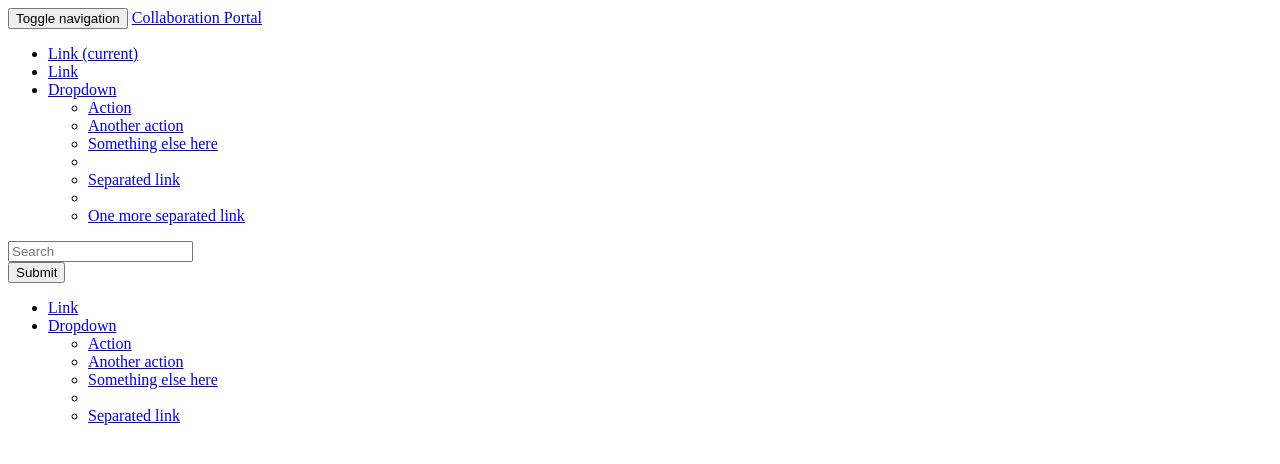
Repository: KaustubhKamat/CollaborationPlatform
Page: CollaborationFrontEnd/WebContent/NavBar.html
The author's editor kept a copy of each file at every save. The page is drawn from the files as they stood at one save, then again after the next save.
The browser window is 1280 px wide. The pictures show the whole page.

Above is the page before, as saved 2017-03-01 13:56:32.

After the next save:
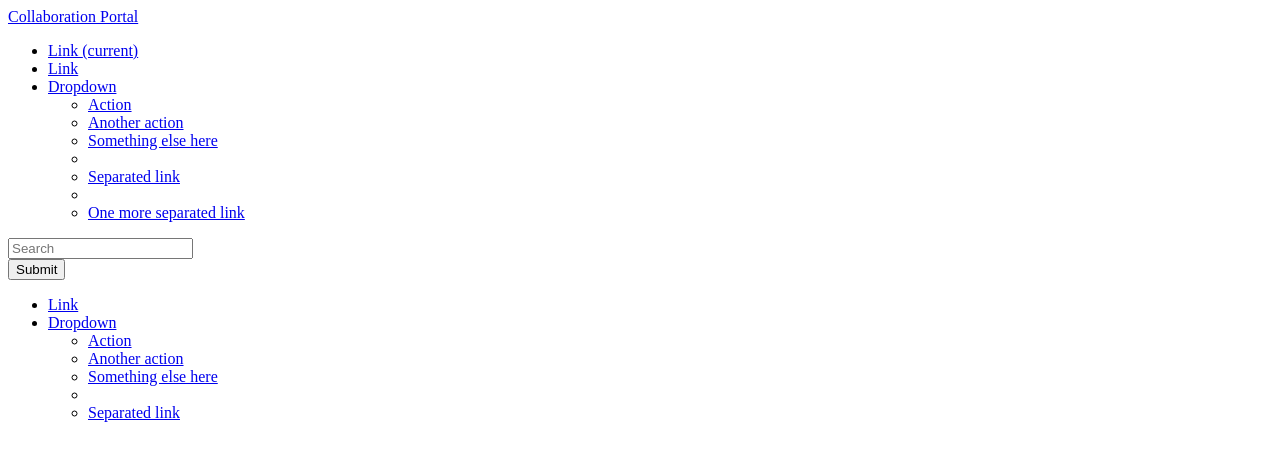
Saved 2 min 17 s later.
--- a/CollaborationFrontEnd/WebContent/NavBar.html
+++ b/CollaborationFrontEnd/WebContent/NavBar.html
@@ -1,13 +1,7 @@
 <nav class="navbar navbar-default">
   <div class="container-fluid">
     <!-- Brand and toggle get grouped for better mobile display -->
-    <div class="navbar-header">
-      <button type="button" class="navbar-toggle collapsed" data-toggle="collapse" data-target="#bs-example-navbar-collapse-1" aria-expanded="false">
-        <span class="sr-only">Toggle navigation</span>
-        <span class="icon-bar"></span>
-        <span class="icon-bar"></span>
-        <span class="icon-bar"></span>
-      </button>
+
       <a class="navbar-brand" href="#">Collaboration Portal</a>
     </div>
 

After the save that followed:
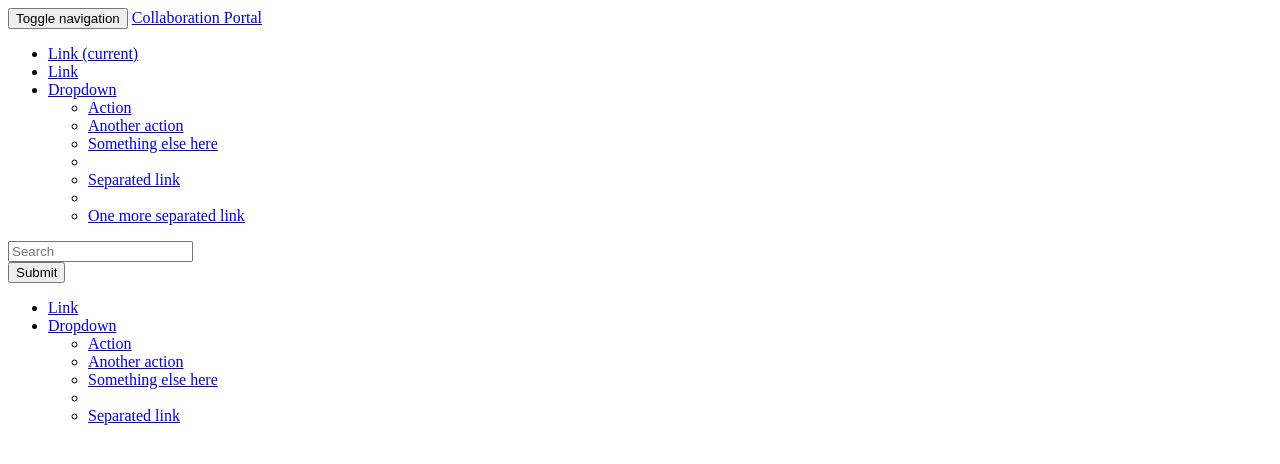
Saved 10 s later.
--- a/CollaborationFrontEnd/WebContent/NavBar.html
+++ b/CollaborationFrontEnd/WebContent/NavBar.html
@@ -1,7 +1,13 @@
 <nav class="navbar navbar-default">
   <div class="container-fluid">
     <!-- Brand and toggle get grouped for better mobile display -->
-
+    <div class="navbar-header">
+      <button type="button" class="navbar-toggle collapsed" data-toggle="collapse" data-target="#bs-example-navbar-collapse-1" aria-expanded="false">
+        <span class="sr-only">Toggle navigation</span>
+        <span class="icon-bar"></span>
+        <span class="icon-bar"></span>
+        <span class="icon-bar"></span>
+      </button>
       <a class="navbar-brand" href="#">Collaboration Portal</a>
     </div>
 
